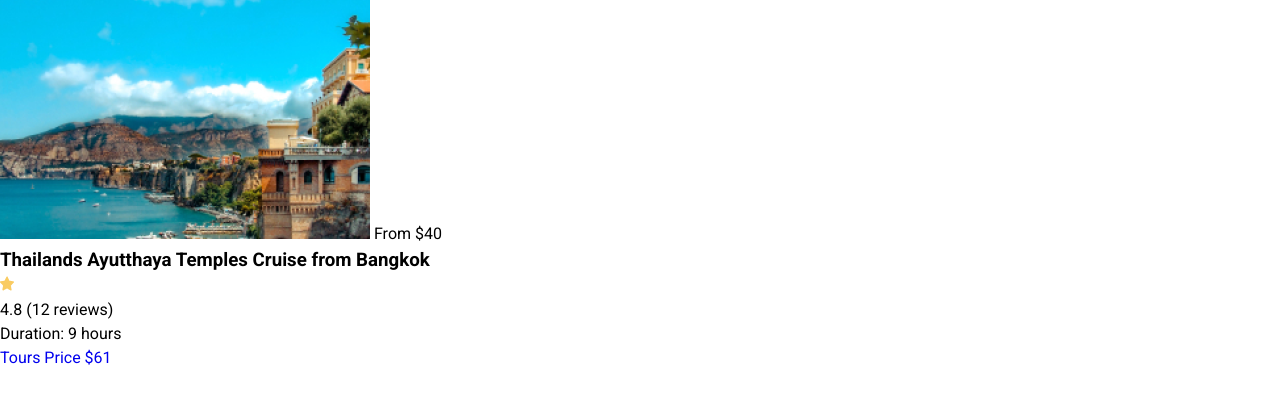
Repository: phanhuy16/Folder
Page: form login/index.html
The author's editor kept a copy of each file at every save. The page is drawn from the files as they stood at one save, then again after the next save.
The browser window is 1280 px wide. The pictures show the whole page.

Above is the page before, as saved 2023-05-07 12:19:40.

### form login/index.html
<!DOCTYPE html>
<html lang="en">
  <head>
    <meta charset="UTF-8" />
    <meta http-equiv="X-UA-Compatible" content="IE=edge" />
    <meta name="viewport" content="width=device-width, initial-scale=1.0" />
    <link rel="preconnect" href="https://fonts.googleapis.com" />
    <link rel="preconnect" href="https://fonts.gstatic.com" crossorigin />
    <title>Login</title>
    <link
      href="https://fonts.googleapis.com/css2?family=Roboto:wght@300;400;500;700&display=swap"
      rel="stylesheet"
    />
    <link
      href="https://fonts.googleapis.com/css2?family=Inter:wght@500;600&family=Roboto:wght@300;400;500;700&display=swap"
      rel="stylesheet"
    />
    <link rel="stylesheet" href="./fontawesome-free-6.4.0-web/css/all.css" />
    <link rel="stylesheet" href="./main/reset.css" />
    <link rel="stylesheet" href="./main/style.css" />
  </head>
  <body>
    <div class="tour">
      <div class="tour-top">
        <img src="./images/images1.png" alt="" class="tour-img" />
        <span class="tour-price">From $40</span>
      </div>
      <div class="tour-content">
        <h3 class="tour-tilte">
          Thailands Ayutthaya Temples Cruise from Bangkok
        </h3>
        <div class="tour-rating">
          <div class="tour-review">
            <div class="tour-star">
              <img src="./images/Shape.png" alt="" />
            </div>
            <div class="tour-review-count">
              <span> 4.8 (12 reviews) </span>
            </div>
          </div>
          <span class="tour-duration">Duration: 9 hours</span>
        </div>
        <a
          href="https://www.facebook.com/"
          target="_blank"
          rel="noopener noreferrer"
          class="tour-button"
          >Tours Price $61</a
        >
      </div>
    </div>
  </body>
</html>

### form login/main/reset.css
* {
  box-sizing: inherit;
  margin: 0;
  padding: 0;
  border: 0;
}

html {
  font-family: "Roboto", sans-serif;
  line-height: 1.5;
  font-size: 62.5%;
  box-sizing: border-box;
}

body {
  color: black;
  overflow: hidden;
  font-size: 16px;
}

ol,
ul {
  list-style: none;
}

a {
  text-decoration: none;
}

Loaded but not shown: form login/fontawesome-free-6.4.0-web/css/all.css (library); form login/main/style.css (no stored copy; drawn as an empty file)

After the next save:
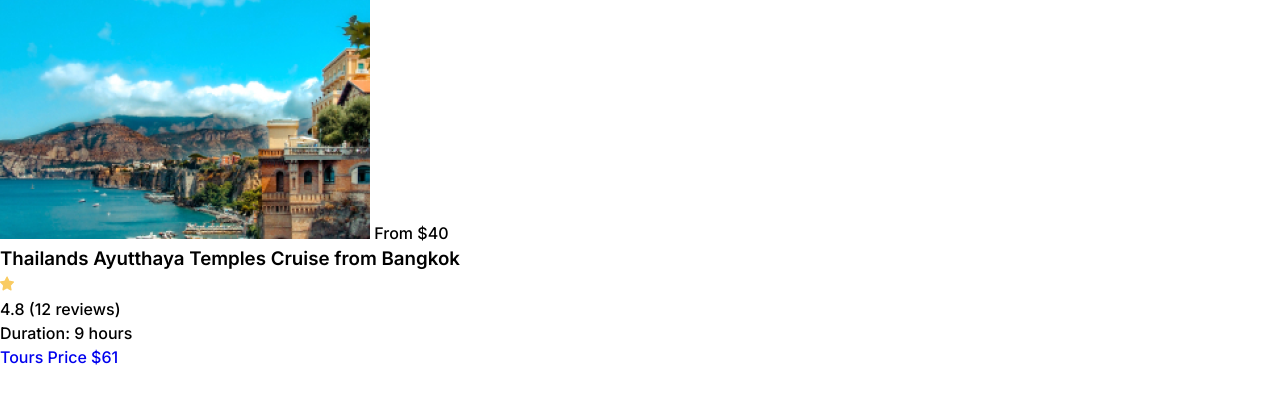
Saved 38 s later.
--- a/form login/main/reset.css
+++ b/form login/main/reset.css
@@ -6,7 +6,8 @@
 }
 
 html {
-  font-family: "Roboto", sans-serif;
+  /* font-family: "Roboto", sans-serif; */
+  font-family: "Inter", sans-serif;
   line-height: 1.5;
   font-size: 62.5%;
   box-sizing: border-box;
